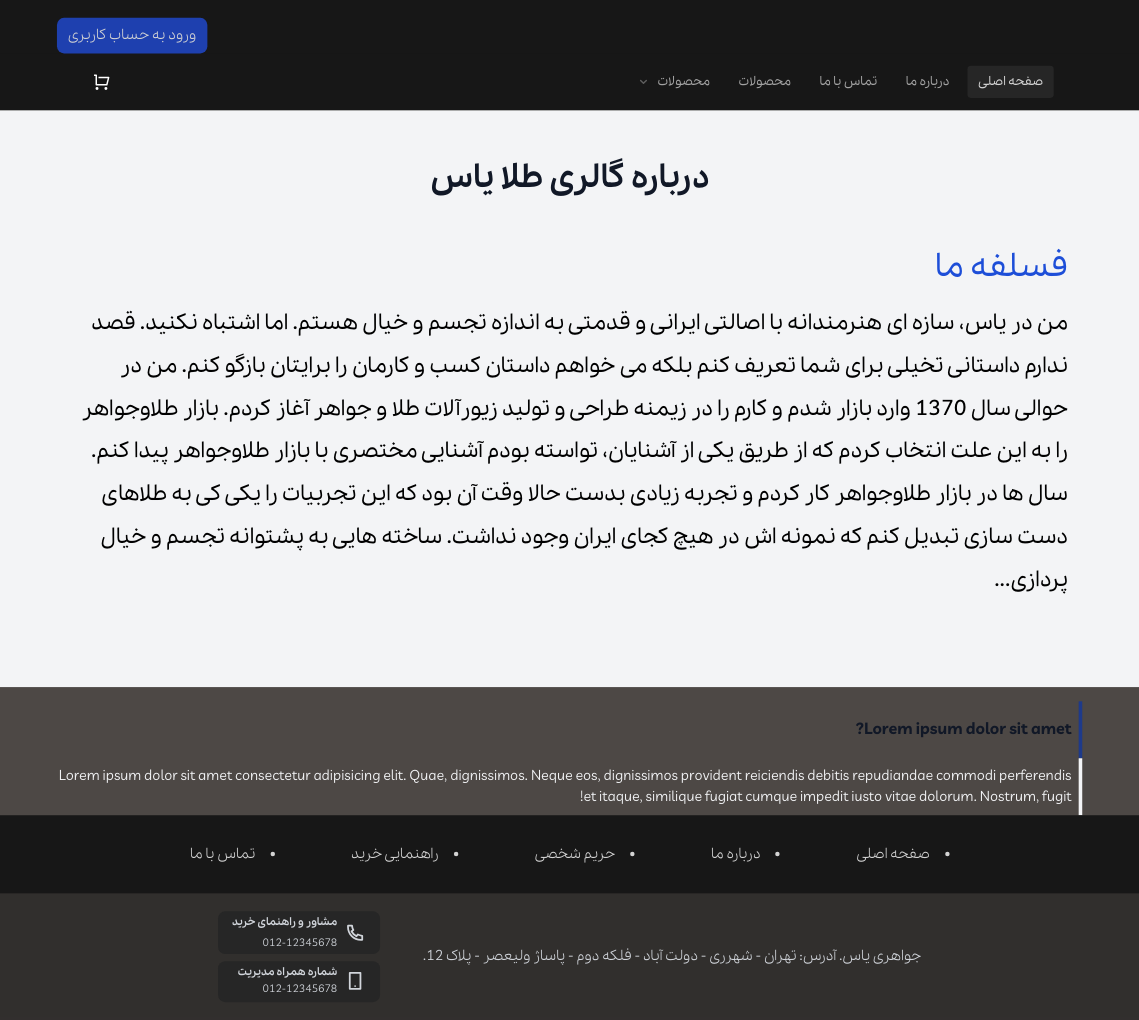
Repository: aliakbarmotallebi/yasgoldgallery-ui
Page: /about
The author's editor kept a copy of each file at every save. The page is drawn from the files as they stood at one save, then again after the next save.
The browser window is 1280 px wide. The pictures show the whole page, at 89% of full size.
The project was rebuilt for these pictures with package versions that can differ from the ones it lists, and the page was loaded fresh each time. Also part of the build but not shown: src/components/Brands.jsx, src/components/GridImages.js, src/components/SpecialComments.jsx, src/components/CardProduct.jsx, src/components/SpecialProducts.jsx, src/components/SuggestedProducts.jsx, src/pages/HomePage.jsx, src/pages/NotFound.jsx and 4 more.

Above is the page before, as saved 2023-01-16 12:19:59.

### public/index.html
<!DOCTYPE html>
<html lang="en" dir="rtl">
  <head>
    <meta charset="utf-8" />
    <link rel="icon" href="%PUBLIC_URL%/favicon.ico" />
    <meta name="viewport" content="width=device-width, initial-scale=1" />
    <meta name="theme-color" content="#000000" />
    <meta
      name="description"
      content="Web site created using create-react-app"
    />
    <link rel="apple-touch-icon" href="%PUBLIC_URL%/logo192.png" />
    <!--
      manifest.json provides metadata used when your web app is installed on a
      user's mobile device or desktop. See https://developers.google.com/web/fundamentals/web-app-manifest/
    -->
    <link rel="manifest" href="%PUBLIC_URL%/manifest.json" />
    <!--
      Notice the use of %PUBLIC_URL% in the tags above.
      It will be replaced with the URL of the `public` folder during the build.
      Only files inside the `public` folder can be referenced from the HTML.

      Unlike "/favicon.ico" or "favicon.ico", "%PUBLIC_URL%/favicon.ico" will
      work correctly both with client-side routing and a non-root public URL.
      Learn how to configure a non-root public URL by running `npm run build`.
    -->
    <title>گالری یاس</title>
  </head>
  <body>
    <noscript>You need to enable JavaScript to run this app.</noscript>
    <div id="root"></div>
    <!--
      This HTML file is a template.
      If you open it directly in the browser, you will see an empty page.

      You can add webfonts, meta tags, or analytics to this file.
      The build step will place the bundled scripts into the <body> tag.

      To begin the development, run `npm start` or `yarn start`.
      To create a production bundle, use `npm run build` or `yarn build`.
    -->
  </body>
</html>

### src/index.js
import React from 'react';
import ReactDOM from 'react-dom/client';
import './assets/styles/index.css';
import App from './App';

const root = ReactDOM.createRoot(document.getElementById('root'));
root.render(
  <React.StrictMode>
    <App />
  </React.StrictMode>
);

### src/assets/styles/index.css
@import "./fonts.css";
@tailwind base;
@tailwind components;
@tailwind utilities;


@layer base {
    body {
        @apply font-pelak;
    }
}

### src/App.js
import RouterFunction from "./Router";

function App() {
    //cart
    return (
        <RouterFunction />
    );
}
export default App;

### src/assets/styles/fonts.css
@font-face {
    /* Pelak Thin */
    font-family: "Pelak";
    font-style: normal;
    font-weight: 100;

    src:url('../fonts/pelak/eot/Pelak-Thin.eot'); /* IE9 Compat Modes */
    src:url('../fonts/pelak/eot/Pelak-Thin.eot?#iefix') format('embedded-opentype'), /* IE6-IE8 */
    url('../fonts/pelak/woff2/Pelak-Thin.woff2') format('woff2'), /* Super Modern Browsers */
    url('../fonts/pelak/woff/Pelak-Thin.woff') format('woff'), /* Pretty Modern Browsers */
    url('../fonts/pelak/ttf/Pelak-Thin.ttf') format('truetype'), /* Safari, Android, iOS */
    url('../fonts/pelak/otf/Pelak-Thin.otf') format('opentype');
}

@font-face {
    /* Pelak Light */
    font-family: "Pelak";
    font-style: normal;
    font-weight: 200;

    src:url('../fonts/pelak/eot/Pelak-light.eot');
    src:url('../fonts/pelak/eot/Pelak-light.eot') format('embedded-opentype'),
    url('../fonts/pelak/woff2/Pelak-light.woff2') format('woff2'),
    url('../fonts/pelak/woff/Pelak-light.woff') format('woff'),
    url('../fonts/pelak/ttf/Pelak-light.ttf') format('truetype'),
    url('../fonts/pelak/otf/Pelak-light.otf') format('opentype');
}

@font-face {
    /* Pelak Regular */
    font-family: "Pelak";
    font-style: normal;
    font-weight: 400;

    src:url('../fonts/pelak/eot/Pelak-Regular.eot');
    src:url('../fonts/pelak/eot/Pelak-Regular.eot') format('embedded-opentype'),
    url('../fonts/pelak/woff2/Pelak-Regular.woff2') format('woff2'),
    url('../fonts/pelak/woff/Pelak-Regular.woff') format('woff'),
    url('../fonts/pelak/ttf/Pelak-Regular.ttf') format('truetype'),
    url('../fonts/pelak/otf/Pelak-Regular.otf') format('opentype');
}

@font-face {
    /* Pelak Medium */
    font-family: "Pelak";
    font-style: normal;
    font-weight: 500;

    src:url('../fonts/pelak/eot/Pelak-Medium.eot');
    src:url('../fonts/pelak/eot/Pelak-Medium.eot') format('embedded-opentype'),
    url('../fonts/pelak/woff2/Pelak-Medium.woff2') format('woff2'),
    url('../fonts/pelak/woff/Pelak-Medium.woff') format('woff'),
    url('../fonts/pelak/ttf/Pelak-Medium.ttf') format('truetype'),
    url('../fonts/pelak/otf/Pelak-Medium.otf') format('opentype');
}

@font-face {
    /* Pelak Semi-Bold */
    font-family: "Pelak";
    font-style: normal;
    font-weight: 600;

    src:url('../fonts/pelak/eot/Pelak-SemiBold.eot');
    src:url('../fonts/pelak/eot/Pelak-SemiBold.eot') format('embedded-opentype'),
    url('../fonts/pelak/woff2/Pelak-SemiBold.woff2') format('woff2'),
    url('../fonts/pelak/woff/Pelak-SemiBold.woff') format('woff'),
    url('../fonts/pelak/ttf/Pelak-SemiBold.ttf') format('truetype'),
    url('../fonts/pelak/otf/Pelak-SemiBold.otf') format('opentype');
}

@font-face {
    /* Pelak Bold */
    font-family: "Pelak";
    font-style: normal;
    font-weight: 700;

    src:url('../fonts/pelak/eot/Pelak-Bold.eot');
    src:url('../fonts/pelak/eot/Pelak-Bold.eot') format('embedded-opentype'),
    url('../fonts/pelak/woff2/Pelak-Bold.woff2') format('woff2'),
    url('../fonts/pelak/woff/Pelak-Bold.woff') format('woff'),
    url('../fonts/pelak/ttf/Pelak-Bold.ttf') format('truetype'),
    url('../fonts/pelak/otf/Pelak-Bold.otf') format('opentype');
}

@font-face {
    /* Pelak Extra-Bold */
    font-family: "Pelak";
    font-style: normal;
    font-weight: 800;

    src:url('../fonts/pelak/eot/Pelak-ExtraBold.eot');
    src:url('../fonts/pelak/eot/Pelak-ExtraBold.eot') format('embedded-opentype'),
    url('../fonts/pelak/woff2/Pelak-ExtraBold.woff2') format('woff2'),
    url('../fonts/pelak/woff/Pelak-ExtraBold.woff') format('woff'),
    url('../fonts/pelak/ttf/Pelak-ExtraBold.ttf') format('truetype'),
    url('../fonts/pelak/otf/Pelak-ExtraBold.otf') format('opentype');
}

@font-face {
    /* Pelak Black */
    font-family: "Pelak";
    font-style: normal;
    font-weight: 900;

    src:url('../fonts/pelak/eot/Pelak-Black.eot');
    src:url('../fonts/pelak/eot/Pelak-Black.eot') format('embedded-opentype'),
    url('../fonts/pelak/woff2/Pelak-Black.woff2') format('woff2'),
    url('../fonts/pelak/woff/Pelak-Black.woff') format('woff'),
    url('../fonts/pelak/ttf/Pelak-Black.ttf') format('truetype'),
    url('../fonts/pelak/otf/Pelak-Black.otf') format('opentype');
}

### src/Router.js
import { BrowserRouter, Route, Routes } from "react-router-dom";
import Layout from "./components/Layout";
import AboutPage from "./pages/AboutPage";
import HomePage from "./pages/HomePage";
import NotFound from "./pages/NotFound";
import ListProductsPage from "./pages/ListProductsPage";
import ProductPage from "./pages/ProductPage";

function RouterFunction() {
    return (
      <Layout>
        <BrowserRouter>
            <Routes>
                <Route exact path="/" element={<HomePage />} />
                <Route path="about" element={<AboutPage />} />
                <Route path="products" element={<ListProductsPage />} />
                <Route path="product" element={<ProductPage />} />
                <Route path="*" element={<NotFound />} />
            </Routes>
        </BrowserRouter>
      </Layout>
    );
  }

  export default RouterFunction;

### src/components/Layout.jsx
import Footer from "./Footer";
import Header from "./Header";

const Layout = ({children}) => {
    return (
        <>
            <div
                className="flex flex-col mx-auto w-full min-h-screen bg-[#4d4845] text-neutral-300">
                <Header />
                <main className="flex-grow">
                    {children}
                </main>
                <Footer />
            </div>
        </>
    );
}
export default Layout;

### src/pages/AboutPage.jsx
const AboutPage = () => {
    return (
        <>
            <div className="bg-gray-100 px-4 xl:px-4 py-14">
                <div className="mx-auto container text-center">
                     <h2 className="text-4xl font-bold text-gray-900">
                         درباره گالری طلا یاس
                     </h2>
                </div>

                <div className="text-2xl text-black tracking-normal px-16 py-10 font-medium leading-loose">
                    <h3 className="font-medium text-4xl py-5 text-blue-700">
                        فسلفه ما
                    </h3>

                    من در یاس، سازه ای هنرمندانه با اصالتی ایرانی و قدمتی به اندازه تجسم و خیال هستم. اما اشتباه نکنید.
                    قصد ندارم داستانی تخیلی برای شما تعریف کنم بلکه می خواهم داستان کسب و کارمان را برایتان بازگو کنم.
                     من در حوالی سال 1370 وارد بازار شدم و کارم را در زیمنه طراحی و تولید زیورآلات طلا و جواهر آغاز کردم.
                     بازار طلاوجواهر را به این علت انتخاب کردم که از طریق یکی از آشنایان، تواسته بودم آشنایی مختصری با بازار طلاوجواهر پیدا کنم.
                     سال ها در بازار طلاوجواهر کار کردم و تجربه زیادی بدست
                     حالا وقت آن بود که این تجربیات را یکی کی به طلاهای دست سازی تبدیل کنم که نمونه اش در هیچ کجای ایران وجود نداشت.
                     ساخته هایی به پشتوانه تجسم و خیال پردازی...

                </div>
            </div>

            <div class="space-y-12 px-2 xl:px-16">
                <div class="mt-4 flex gap-2">
                    <div>
                        <div class="flex items-center h-16 border-l-4 border-blue-900"></div>
                        <div class="flex items-center h-16 border-l-4 border-gray-100"></div>
                    </div>
                    <div>
                        <div class="flex items-center h-16">
                            <span class="text-lg text-gray-900 font-bold">Lorem ipsum dolor sit amet?</span>
                        </div>
                        <div class="flex items-center py-2">
                            <span class="text-gray-100">Lorem ipsum dolor sit amet consectetur adipisicing elit. Quae, dignissimos. Neque eos, dignissimos provident reiciendis debitis repudiandae commodi perferendis et itaque, similique fugiat cumque impedit iusto vitae dolorum. Nostrum, fugit!</span>

                        </div>
                    </div>
                </div>

            </div>
        </>
    );
}

export default AboutPage;

### src/components/Footer.jsx
const Footer = () => {
    return (
        <>
            <footer>
                <div className="bg-neutral-900">
                    <div className="md:w-10/12 lg:w-8/12 m-auto py-8">
                        <ul class="flex flex-wrap items-center justify-between md:flex-nowrap list-disc list-inside">
                            <li>
                                <a href="#" class="hover:text-sky-400 transition whitespace-nowrap">صفحه اصلی</a>
                            </li>
                            <li>
                                <a href="#" class="hover:text-sky-400 transition whitespace-nowrap">
                                    درباره ما
                                </a>
                            </li>
                            <li>
                                <a href="#" class="hover:text-sky-400 transition whitespace-nowrap">
                                    حریم شخصی
                                </a>
                            </li>
                            <li>
                                <a href="#" class="hover:text-sky-400 transition whitespace-nowrap">
                                    راهنمایی خرید
                                </a>
                            </li>
                            <li>
                                <a href="#" class="hover:text-sky-400 transition whitespace-nowrap">تماس با ما</a>
                            </li>
                        </ul>
                    </div>
                </div>

                <div className="bg-neutral-900/50">
                    <div>
                        <div class="flex flex-wrap items-center justify-between md:flex-nowrap">
                            <div class="w-full space-x-12 items-center space-x-reverse flex justify-center text-gray-300 py-5">
                                <div>
                                    جواهری یاس. آدرس: تهران - شهرری - دولت آباد - فلکه دوم - پاساژ ولیعصر - پلاک 12.
                                </div>

                                <ul role="list" class="space-y-2">
                                    <li className="bg-neutral-800 rounded-lg px-4 py-1">
                                        <div className="inline-flex items-center space-x-2 space-x-reverse">
                                            <svg xmlns="http://www.w3.org/2000/svg" class="fill-current" viewBox="0 0 24 24" width="24" height="24"><path fill="none" d="M0 0h24v24H0z" /><path d="M9.366 10.682a10.556 10.556 0 0 0 3.952 3.952l.884-1.238a1 1 0 0 1 1.294-.296 11.422 11.422 0 0 0 4.583 1.364 1 1 0 0 1 .921.997v4.462a1 1 0 0 1-.898.995c-.53.055-1.064.082-1.602.082C9.94 21 3 14.06 3 5.5c0-.538.027-1.072.082-1.602A1 1 0 0 1 4.077 3h4.462a1 1 0 0 1 .997.921A11.422 11.422 0 0 0 10.9 8.504a1 1 0 0 1-.296 1.294l-1.238.884zm-2.522-.657l1.9-1.357A13.41 13.41 0 0 1 7.647 5H5.01c-.006.166-.009.333-.009.5C5 12.956 11.044 19 18.5 19c.167 0 .334-.003.5-.01v-2.637a13.41 13.41 0 0 1-3.668-1.097l-1.357 1.9a12.442 12.442 0 0 1-1.588-.75l-.058-.033a12.556 12.556 0 0 1-4.702-4.702l-.033-.058a12.442 12.442 0 0 1-.75-1.588z" /></svg>
                                            <div className="text-xs text-white-200">
                                                <div className="font-bold mb-2">
                                                    مشاور و راهنمای خرید
                                                </div>
                                                012-12345678
                                            </div>
                                        </div>
                                    </li>
                                    <li className="bg-neutral-800 rounded-lg px-4 py-1">
                                        <div className="inline-flex items-center space-x-2 space-x-reverse">
                                            <svg xmlns="http://www.w3.org/2000/svg" class="fill-current" viewBox="0 0 24 24" width="24" height="24"><path fill="none" d="M0 0h24v24H0z" /><path d="M7 4v16h10V4H7zM6 2h12a1 1 0 0 1 1 1v18a1 1 0 0 1-1 1H6a1 1 0 0 1-1-1V3a1 1 0 0 1 1-1zm6 15a1 1 0 1 1 0 2 1 1 0 0 1 0-2z" /></svg>
                                            <div className="text-xs text-white-200">
                                                <div className="font-bold mb-1">
                                                    شماره همراه مدیریت
                                                </div>
                                                012-12345678
                                            </div>
                                        </div>
                                    </li>
                                </ul>
                            </div>
                        </div>
                    </div>
                </div>

            </footer>
        </>
        );
    };
export default Footer;

### src/components/Header.jsx
import React, { useState } from "react";
import { Link } from "react-router-dom";
import Modal from "./Modal";

const Header = ({ children }) => {
  const [showModal, setShowModal] = useState(false);

  const openModal = () => {
    setShowModal((prev) => !prev);
  };

  return (
    <>
      <div className="bg-neutral-900 w-full">
        <div className="flex justify-between container xl:max-w-6xl mx-auto pt-5 flex-none items-center">
          <div className="w-8 h-5"></div>

          <div>
            <button
              onClick={openModal}
              className="inline-flex rounded-lg bg-blue-800 px-3 py-2"
            >
              ورود به حساب کاربری
            </button>
            <Modal
              showModal={showModal}
              setShowModal={setShowModal}
              title="ورود به حساب کاربری"
            >
              <div class="px-8 py-5 text-right text-gray-900">
              <div class="flex justify-center">

              <svg xmlns="http://www.w3.org/2000/svg" class="w-20 h-20 fill-blue-600" viewBox="0 0 24 24" width="24" height="24"><path fill="none" d="M0 0h24v24H0z"/><path d="M10 11V8l5 4-5 4v-3H1v-2h9zm-7.542 4h2.124A8.003 8.003 0 0 0 20 12 8 8 0 0 0 4.582 9H2.458C3.732 4.943 7.522 2 12 2c5.523 0 10 4.477 10 10s-4.477 10-10 10c-4.478 0-8.268-2.943-9.542-7z"/></svg>

        </div>
                <h3 class="text-2xl font-bold text-center">
                ورود به حساب کاربری
                </h3>

                <div class="mt-4">
                  <div>
                    <label class="block" for="email">
                      نام کاربری
                    </label>
                    <input
                      type="text"
                      class="w-full px-4 py-2 mt-2 border rounded-md focus:outline-none focus:ring-1 focus:ring-blue-600"
                    />
                  </div>
                  <div class="mt-4">
                    <label class="block">
                      گذرواژه
                    </label>
                    <input
                      type="password"
                      class="w-full px-4 py-2 mt-2 border rounded-md focus:outline-none focus:ring-1 focus:ring-blue-600"
                    />
                  </div>
                  <div class="flex items-baseline justify-between">
                    <button class="px-6 py-2 mt-4 text-white bg-blue-600 rounded-lg hover:bg-blue-900">
                      ورود به حساب
                    </button>
                    <button onClick={openModal} class="text-sm text-gray-700 underline">
                      انصراف
                    </button>
                  </div>
                </div>
              </div>
            </Modal>
          </div>
        </div>
        <header className="flex flex-none items-center h-16 bg-neutral-900 shadow-sm top-0 right-0 left-0 z-30">
          <div className="flex justify-between container xl:max-w-6xl mx-auto px-4 lg:px-8">
            <div class="flex items-center space-x-2 space-x-reverse">
              <nav className="hidden lg:flex lg:items-center lg:space-x-2 text-sm lg:space-x-reverse">
                <a
                  href="/"
                  className="font-medium flex items-center space-x-2 px-3 py-2 rounded text-neutral-300 bg-neutral-800"
                >
                  صفحه اصلی
                </a>
                <a
                  href="/about"
                  className="font-medium flex items-center space-x-2 px-3 py-2 rounded text-neutral-400 hover:text-neutral-300 hover:bg-neutral-800"
                >
                  درباره ما
                </a>
                <a
                  href="javascript:void(0)"
                  className="font-medium flex items-center space-x-2 px-3 py-2 rounded text-neutral-400 hover:text-neutral-300 hover:bg-neutral-800"
                >
                  تماس با ما
                </a>
                <a
                  href="/products"
                  className="font-medium flex items-center space-x-2 px-3 py-2 rounded text-neutral-400 hover:text-neutral-300 hover:bg-neutral-800"
                >
                  محصولات
                </a>
                <button
                  type="button"
                  class="text-sm font-medium inline-flex justify-center items-center space-x-2 space-x-reverse px-3 py-2 rounded text-neutral-400 hover:text-neutral-300 hover:bg-neutral-800 focus:outline-none focus:ring"
                  id="tk-dropdown-layouts-user"
                >
                  <span>محصولات</span>
                  <svg
                    class="hi-solid hi-chevron-down inline-block w-4 h-4 opacity-50"
                    fill="currentColor"
                    viewBox="0 0 20 20"
                    xmlns="http://www.w3.org/2000/svg"
                  >
                    <path
                      fill-rule="evenodd"
                      d="M5.293 7.293a1 1 0 011.414 0L10 10.586l3.293-3.293a1 1 0 111.414 1.414l-4 4a1 1 0 01-1.414 0l-4-4a1 1 0 010-1.414z"
                      clip-rule="evenodd"
                    ></path>
                  </svg>
                </button>
              </nav>
            </div>

            <div>
              <div class="relative inline-block">
                <button class="py-2 rounded px-2 hover:bg-white/20 transition duration-200 text-white">
                  <svg
                    xmlns="http://www.w3.org/2000/svg"
                    class="w-5 h-5 fill-current"
                    viewBox="0 0 24 24"
                    width="24"
                    height="24"
                  >
                    <path fill="none" d="M0 0h24v24H0z" />
                    <path d="M4 16V4H2V2h3a1 1 0 0 1 1 1v12h12.438l2-8H8V5h13.72a1 1 0 0 1 .97 1.243l-2.5 10a1 1 0 0 1-.97.757H5a1 1 0 0 1-1-1zm2 7a2 2 0 1 1 0-4 2 2 0 0 1 0 4zm12 0a2 2 0 1 1 0-4 2 2 0 0 1 0 4z" />
                  </svg>
                </button>
              </div>
            </div>
          </div>
        </header>
      </div>
    </>
  );
};

export default Header;

### src/components/Modal.jsx
import React, { useRef, useEffect, useCallback } from "react";

const Modal = ({ title, showModal, setShowModal, children }) => {
  const keyPress = useCallback(
    (e) => {
      if (e.key === "Escape" && showModal) {
        setShowModal(false);
        console.log("I pressed");
      }
    },
    [setShowModal, showModal]
  );

  useEffect(() => {
    document.addEventListener("keydown", keyPress);
    return () => document.removeEventListener("keydown", keyPress);
  }, [keyPress]);

  return (
    <>
      {showModal ? (
        <div onClick={() => setShowModal(false) }className="fixed top-0 left-0 right-0 z-50 w-full p-4 overflow-x-hidden overflow-y-auto md:inset-0 h-modal md:h-full bg-black/90">
          <div className="flex justify-center items-center h-full">
            <div className="relative w-full h-full max-w-2xl md:h-auto">
              <div className="relative bg-white rounded-lg shadow dark:bg-gray-700">
                <div className="p-6 space-y-6">{children}</div>
              </div>
            </div>
          </div>
        </div>
      ) : null}
    </>
  );
};

export default Modal;

### tailwind.config.js
/** @type {import('tailwindcss').Config} */

module.exports = {
  content: [
    "./src/**/*.{js,jsx,ts,tsx}",
  ],
  theme: {
    extend: {
      fontFamily: {
        'pelak': ['Pelak'],
      }
    }
  },
  plugins: [],
}

After the next save:
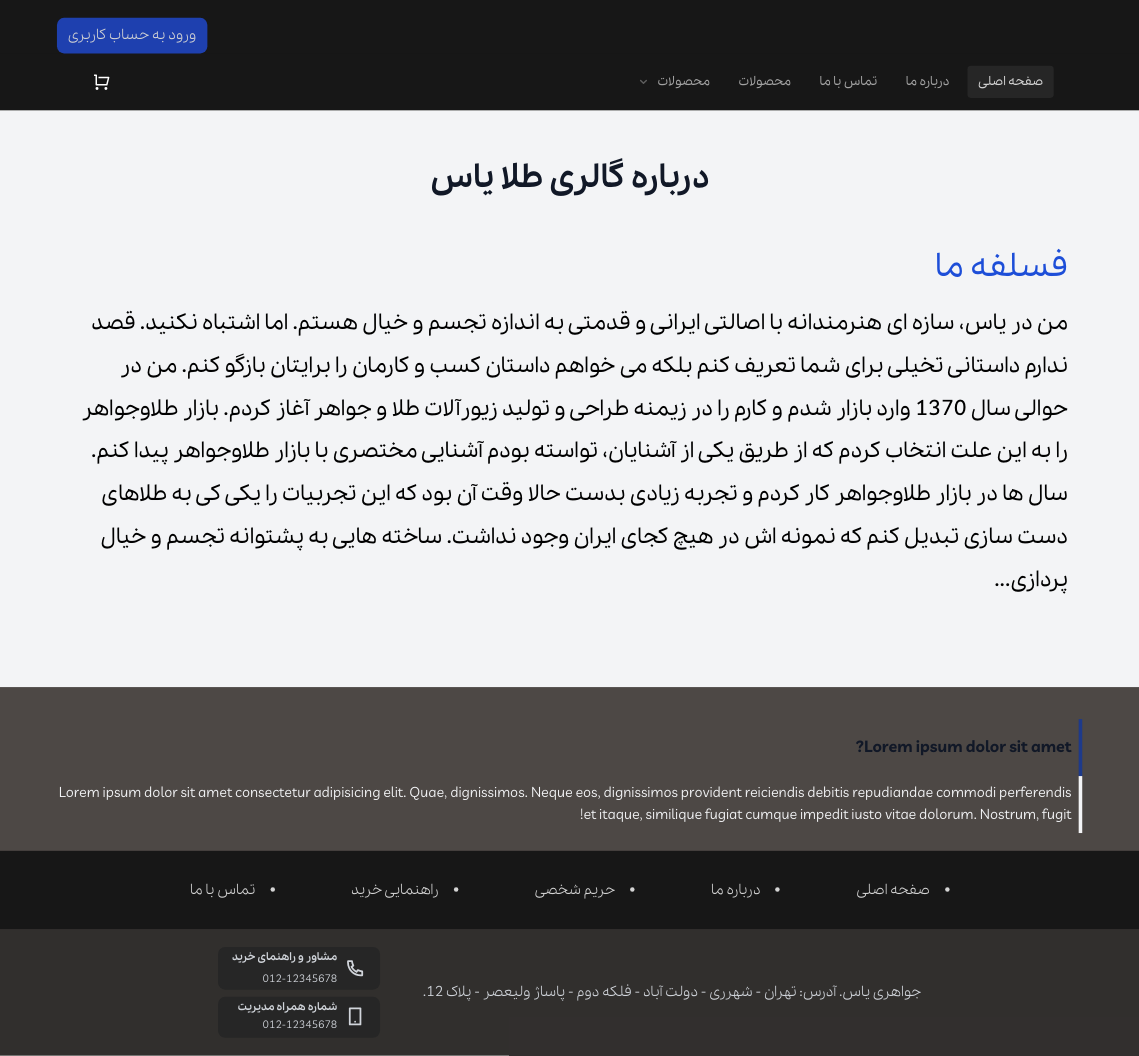
Saved 10 s later.
--- a/src/pages/AboutPage.jsx
+++ b/src/pages/AboutPage.jsx
@@ -24,7 +24,7 @@ const AboutPage = () => {
                 </div>
             </div>
 
-            <div class="space-y-12 px-2 xl:px-16">
+            <div class="space-y-12 px-2 xl:px-16 py-5">
                 <div class="mt-4 flex gap-2">
                     <div>
                         <div class="flex items-center h-16 border-l-4 border-blue-900"></div>
